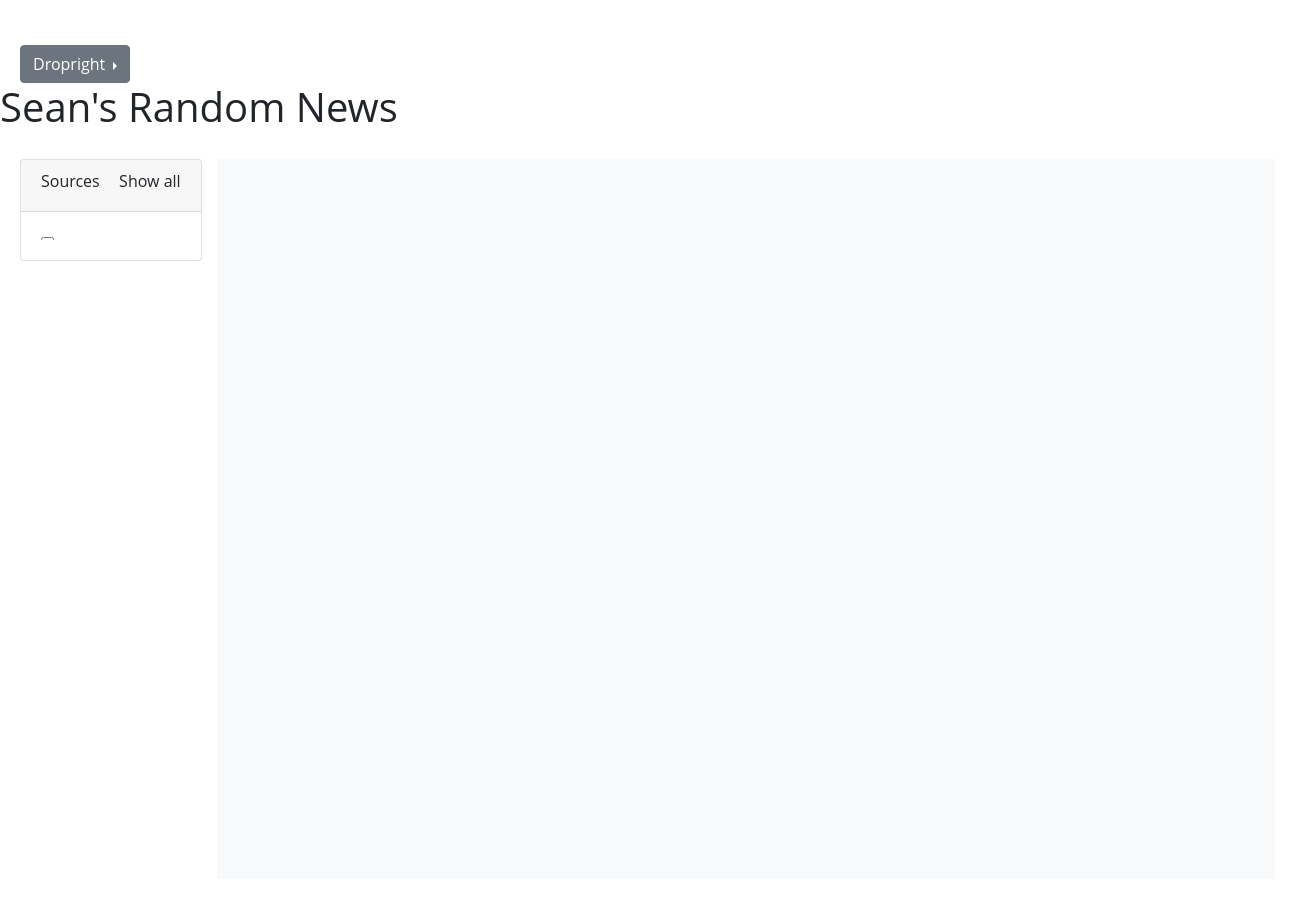
Repository: tts2610/GoogleNews
Page: index.html
An editor plug-in stored every save of this project. The page is shown before and after the next save, followed by the edit.
The browser window is 1280 px wide. The page is 1295 px wide, so the pictures cover 1295 px, including what lies to the right of the window. The pictures show the whole page.
The page's requests for data from a server got no answer. Some web libraries are served in a nearby version.

Above is the page before, as saved 2020-05-21 11:08:03.

### index.html
<!DOCTYPE html>
<html lang="en">

<head>
    <meta charset="UTF-8">
    <meta name="viewport" content="width=device-width, initial-scale=1.0">
    <title>Document</title>
    <link rel="stylesheet" href="https://maxcdn.bootstrapcdn.com/bootstrap/4.4.1/css/bootstrap.min.css">

    <!-- jQuery library -->
    <script src="https://ajax.googleapis.com/ajax/libs/jquery/3.5.1/jquery.min.js"></script>

    <!-- Popper JS -->
    <script src="https://cdnjs.cloudflare.com/ajax/libs/popper.js/1.16.0/umd/popper.min.js"></script>

    <!-- Latest compiled JavaScript -->
    <script src="https://maxcdn.bootstrapcdn.com/bootstrap/4.4.1/js/bootstrap.min.js"></script>
    <link rel="stylesheet" href="css/style.css">

    <link href="https://unpkg.com/aos@2.3.1/dist/aos.css" rel="stylesheet">

    <link rel="stylesheet" href="https://cdnjs.cloudflare.com/ajax/libs/animate.css/4.0.0/animate.min.css" />
    <script src="js/moment.js"></script>
</head>

<body>
    <div class="myContainer">
        <div class="btn-group dropright" style="margin-left: -480px; margin-top: 45px;">
            <button type="button" class="btn btn-secondary dropdown-toggle" data-toggle="dropdown" aria-haspopup="true" aria-expanded="false">
              Dropright
            </button>
            <div class="dropdown-menu">
                <!-- Dropdown menu links -->
            </div>
        </div>
        <h1>Sean's Random News</h1>
        <div class="row">
            <div class="col-2 sidenav">
                <div class="card">
                    <article class="card-group-item">
                        <header class="card-header">
                            <h6 class="title">Sources<span style="float: right; cursor: pointer;" onclick="showAll(1)">Show all</span></h6>
                        </header>
                        <div class="filter-content">
                            <div class="card-body">
                                <form id="sideNav">
                                    <label class="form-check">
                                        <input class="form-check-input" type="checkbox" value="">
                                        <span class="form-check-label">

                                        </span>
                                    </label>
                                </form>

                            </div>
                            <!-- card-body.// -->
                        </div>
                    </article>
                    <!-- card-group-item.// -->

                    <!-- card-group-item.// -->
                </div>

            </div>
            <div class="col-10 content" id="myContent">

            </div>
        </div>



    </div>

    <script src="js/script.js"></script>
    <script src="https://unpkg.com/aos@2.3.1/dist/aos.js"></script>
    <script>
        AOS.init();
    </script>
</body>

</html>

### css/style.css
body {
    margin: 0;
    font-family: 'Open Sans', sans-serif;
}

.myContainer {
    /* display: flex;
    justify-content: start; */
}

.sidenav {
    min-height: 100vh;
    width: 250px;
    float: left;
    position: relative;
}

#sideNav {
    overflow-y: scroll;
}

.content {
    height: 100vh;
    width: calc(100% - 200px);
    float: right;
    position: relative;
    background-color: #f8f9fa;
    overflow-y: scroll;
}

.blog-entry-left {
    text-align: left;
    padding: 10px;
    width: 70%;
}

.blog-entry {
    padding: 10px;
}

.row {
    padding: 20px;
}

#container-row {
    display: flex;
    justify-content: flex-end;
}

button {
    margin-left: 500px;
}

### js/script.js
let newsList = [];
const apiKey = "2dc86bcdc7184b17b45b74b30858f75a"
let page = 1;
let pageSize = 6;
let sourceList = [];
let sourcePage = 0;
let categoryList = ['business', 'entertainment', 'general', 'health', 'science', 'sports', 'technology']
let q = "corona";
let filteredNews = []

const loadNews = async(page, category) => {
    let url;
    if (category && categoryList.includes(category)) {
        $("#myContent").empty();
        url = `https://newsapi.org/v2/top-headlines?q=${q}&apiKey=${apiKey}&page=${page}&pageSize=${pageSize}&category=${category}`;
    } else {
        $("#currentNews").remove();
        url = `https://newsapi.org/v2/top-headlines?q=${q}&apiKey=${apiKey}&page=${page}&pageSize=${pageSize}`;
    }

    let data = await fetch(url);
    let result = await data.json();
    $("#myContent").append(render(result));

    $('#myContent').append(`<button onclick="loadMoreFunction('${category}')" id="loadMoreBtn" type="button" class="btn btn-success my-4">Load more</button>`);
    $('#myContent').append(`<div id="currentNews" style="text-align:right;">Shown : ${$("#myContent .row").length} news</div>`);
}

function showAll() {
    $("input:checkbox:checked").each(function() {
        $(this).prop("checked", false);
    });
    loadNews(1, null);
}

$(document).ready(function() {
    renderDropDown();
    loadNews(page, null);
});


function loadMoreFunction(category) {
    page++;
    $("#loadMoreBtn").remove();
    $("#currentNews").remove();
    loadNews(page, category);
}

function reloadFilter() {
    $("#sideNav").empty();
    sourceList.forEach(element => {
        let html = `<label class="form-check">
        <input onchange="filterBySource('${element.id}')" class="form-check-input" type="checkbox" id="${element.id}" value="${element.id}">
        <span class="form-check-label">
            ${element.category}(${element.count})
        </span>`;
        $("#sideNav").append(html);
    });
}

function filterBySource(elem) {
    let newFilters = filteredNews.filter(x => x.source.id == elem);
    let innerHtml = newFilters.map(x => {
        return `<div class="row">
        <div class="news-img"><img class="rounded" src="${x.urlToImage}" width="200" height="200"></div>
        <div class="blog-entry-left">
            <div class="text">
                <h3 class="mb-2"><a href="${x.url}">${x.title}</a></h3>
                <div class="meta-wrap">
                    <p class="meta">
                        <span><i class="icon-calendar mr-2"></i>${moment(x.publishedAt).fromNow()}</span>
                        <span><a href="single.html" id="${x.source.id}"><i class="icon-folder-o mr-2"></i>${x.source.name}</a></span>
                        <span><i class="icon-comment2 mr-2"></i>5 Comment</span>
                    </p>
                </div>
                <p class="mb-4">${x.description}</p>
                <p><a href="${x.url}" class="btn-custom">Read More <span class="ion-ios-arrow-forward"></span></a></p>
            </div>
        </div>

    </div>`
    }).join('');
    $("#myContent").empty();
    if (isAnyChecked()) {
        $("#myContent").append(innerHtml);
    }

}

function isAnyChecked() {
    let flag = false;
    $("input:checkbox:checked").each(function() {
        flag = true;
    });
    if (!flag) {
        $("#myContent").empty();
        filteredNews = [];
        sourceList = [];
        page = 1;
        loadNews(1, null);
    }

    return flag;

}

function renderDropDown() {
    categoryList.forEach(element => {
        let html = `<a class="dropdown-item" href="#" onclick="return loadNews(1,'${element}');">${element}</a>`
        $('.dropdown-menu').append(html);
    });
}

function addToDictionary(x) {
    let flag;
    for (let i = 0; i < sourceList.length; i++) {
        if (sourceList[i].id == x.id) {
            sourceList[i].count++;
            flag = true;
        }
    }
    if (!flag)
        sourceList.push({ id: x.id, category: x.name, count: 1 })
}

function render(result) {
    let innerHtml = result.articles.map(x => {
        addToDictionary(x.source);
        filteredNews.push({ urlToImage: x.urlToImage, title: x.title, publishedAt: x.publishedAt, source: x.source, description: x.description })
        return `<div class="row">
        <div class="news-img"><img class="rounded" src="${x.urlToImage}" width="200" height="200"></div>
        <div class="blog-entry-left">
            <div class="text">
                <h3 class="mb-2"><a href="${x.url}">${x.title}</a></h3>
                <div class="meta-wrap">
                    <p class="meta">
                        <span><i class="icon-calendar mr-2"></i>${moment(x.publishedAt).fromNow()}</span>
                        <span><a href="single.html" id="${x.source.id}"><i class="icon-folder-o mr-2"></i>${x.source.name}</a></span>
                        <span><i class="icon-comment2 mr-2"></i>5 Comment</span>
                    </p>
                </div>
                <p class="mb-4">${x.description}</p>
                <p><a href="${x.url}" class="btn-custom">Read More <span class="ion-ios-arrow-forward"></span></a></p>
            </div>
        </div>

    </div>`
    }).join('');
    reloadFilter();
    return innerHtml;
}

Loaded but not shown: js/moment.js (library)

After the next save:
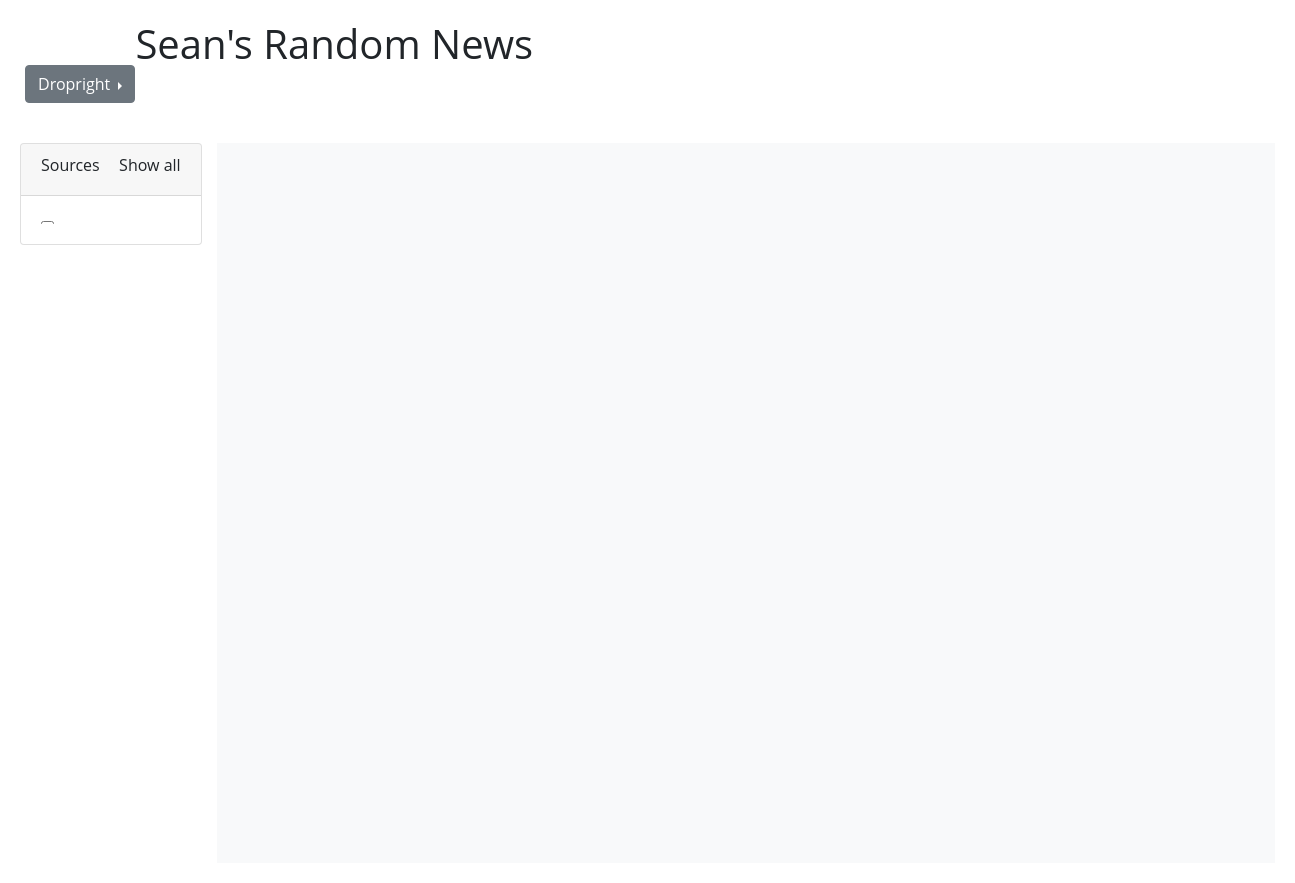
Saved 25 s later.
--- a/index.html
+++ b/index.html
@@ -25,15 +25,18 @@
 
 <body>
     <div class="myContainer">
-        <div class="btn-group dropright" style="margin-left: -480px; margin-top: 45px;">
-            <button type="button" class="btn btn-secondary dropdown-toggle" data-toggle="dropdown" aria-haspopup="true" aria-expanded="false">
+        <div class="row">
+            <div class="btn-group dropright" style="margin-left: -480px; margin-top: 45px;">
+                <button type="button" class="btn btn-secondary dropdown-toggle" data-toggle="dropdown" aria-haspopup="true" aria-expanded="false">
               Dropright
             </button>
-            <div class="dropdown-menu">
-                <!-- Dropdown menu links -->
+                <div class="dropdown-menu">
+                    <!-- Dropdown menu links -->
+                </div>
             </div>
+            <h1>Sean's Random News</h1>
         </div>
-        <h1>Sean's Random News</h1>
+
         <div class="row">
             <div class="col-2 sidenav">
                 <div class="card">
